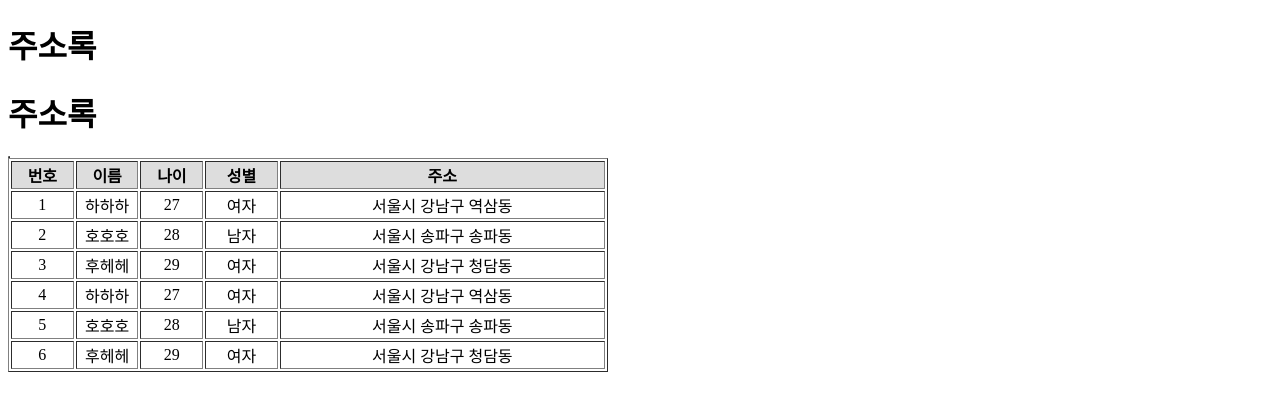
Repository: seula123/Front-End
Page: ClientTest/src/main/webapp/html/ex16_table.html
These files come from the project's save history. The page is drawn as it stood at one moment and after the next save; the edit follows.
The browser window is 1280 px wide. The pictures show the whole page.

Above is the page before, as saved 2023-09-21 01:31:27.

After the next save:
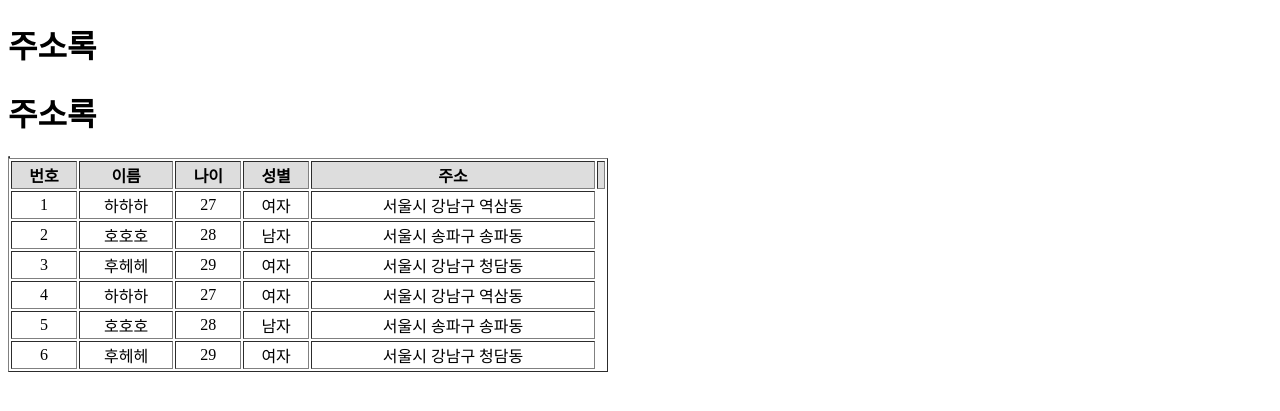
Saved 4 min 27 s later.
--- a/ClientTest/src/main/webapp/html/ex16_table.html
+++ b/ClientTest/src/main/webapp/html/ex16_table.html
@@ -28,13 +28,32 @@
 		<h1> 주소록 </h1>
 		<table border = "1" width ="600">
 		<!--  테이블 헤더 -->
-		<tr bgcolor = "#DDDDDD">
+		<!-- <tr bgcolor = "#DDDDDD">
 			<td align="center" width ="60"><b> 번호 </b></td>
 			<td align="center" width ="60"><b> 이름 </b></td>
 			<td align="center" width ="60"><b> 나이 </b></td>
 			<td align="center" width ="70"><b> 성별 </b></td>
 			<td align="center" width ="330"><b> 주소 </b></td>
+		</tr> -->
+
+
+		<tr bgcolor = "#DDDDDD">
+
+			<th>번호</th>
+			<th>이름</th>
+			<th>나이</th>
+			<th>성별</th>
+			<th>주소</th>
+			<th></th>
+
+
+
 		</tr>
+
+
+
+
+
 
 		<!--
 
